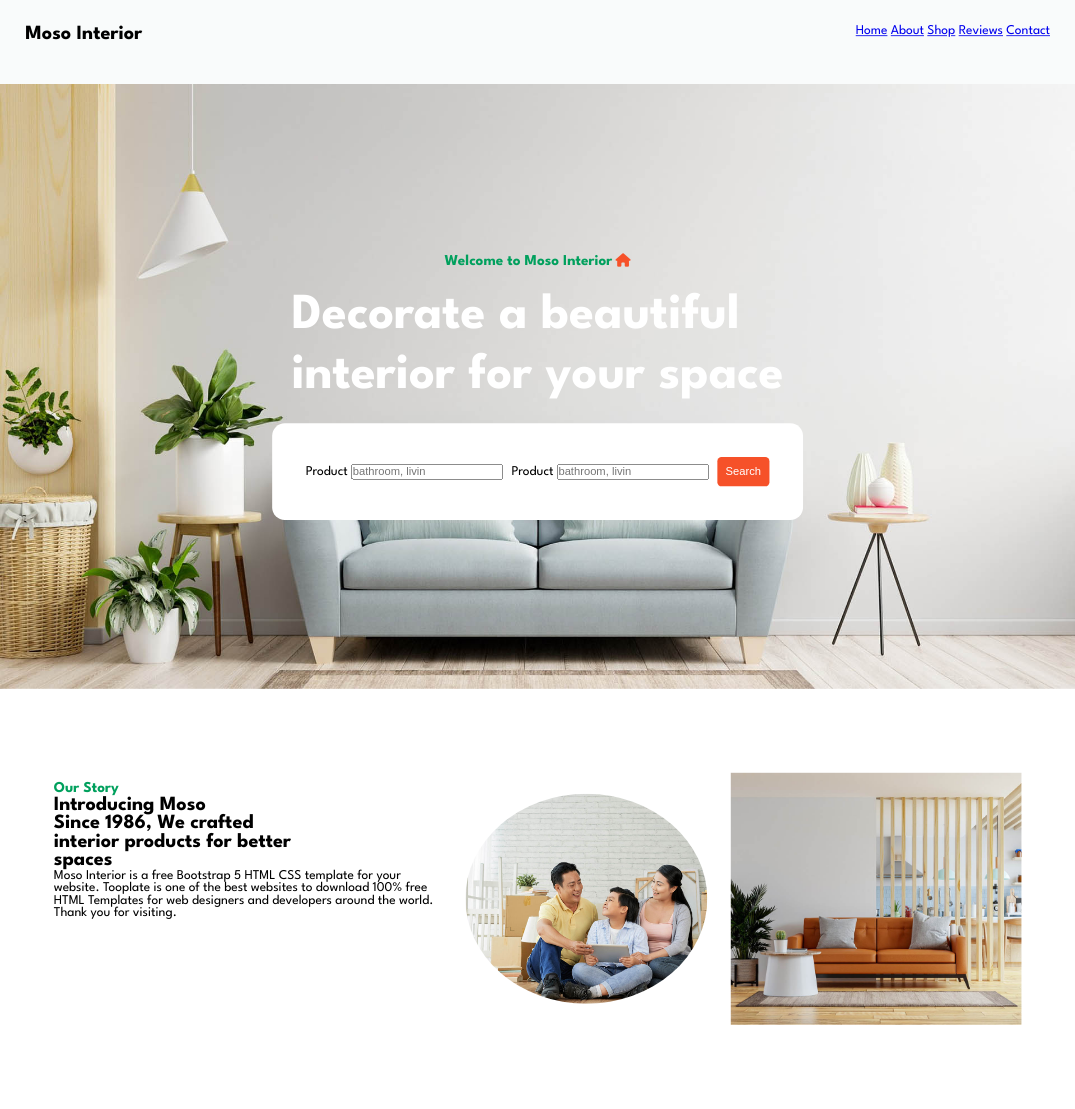
Repository: mariamnabil23/furniture
Page: index.html
These files come from the project's save history. The page is drawn as it stood at one moment and after the next save; the edit follows.
The browser window is 1280 px wide. The pictures show the whole page, at 84% of full size.
Some web fonts or font styles are not loaded; a fallback is used.

Above is the page before, as saved 2024-10-30 16:16:58.

After the next save:
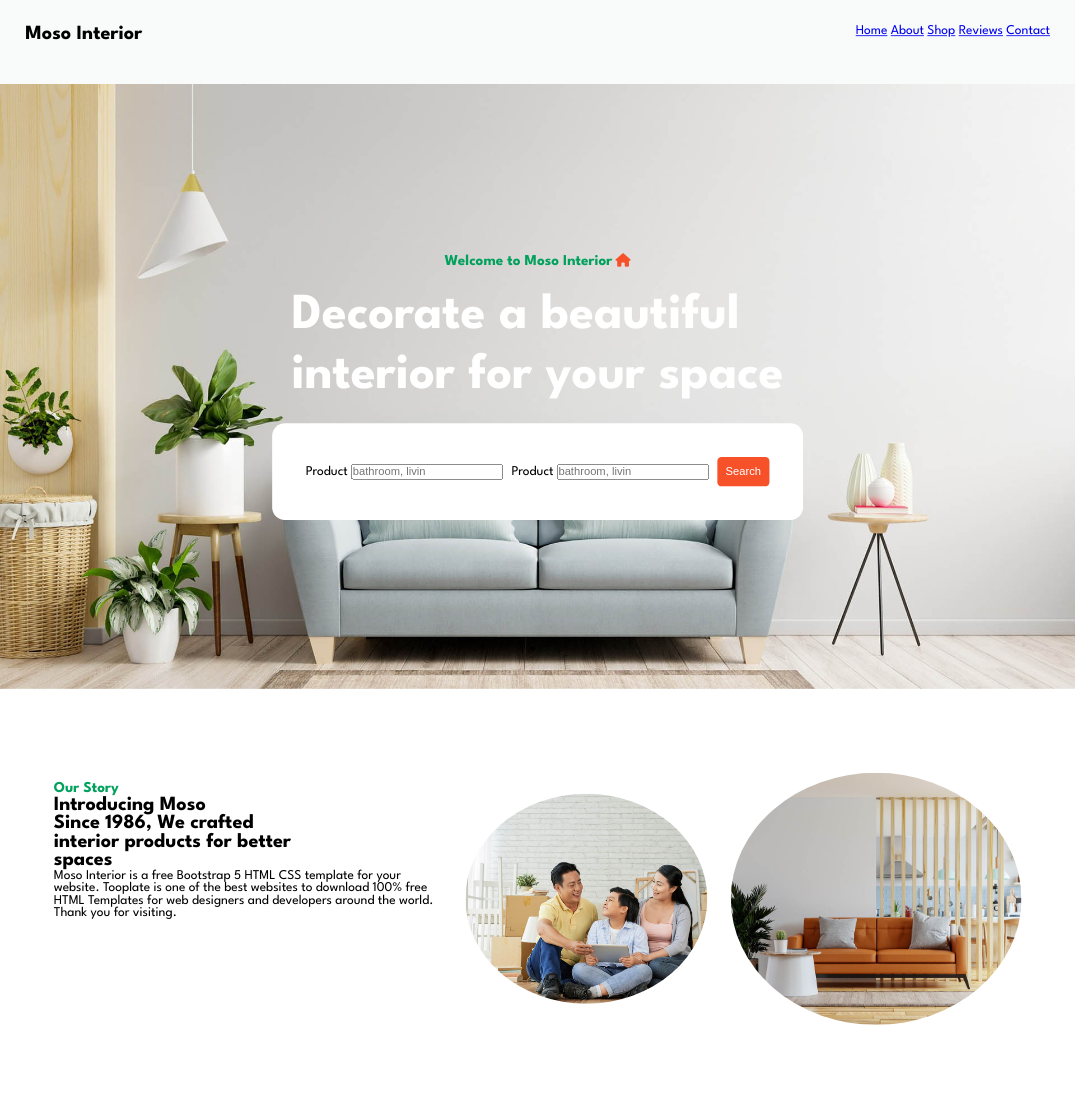
Saved 6 s later.
--- a/style.css
+++ b/style.css
@@ -126,4 +126,5 @@ ul{
     width: 100%;
     height: 100%;
     object-fit: cover;
+    border-radius: 100%;
 }
